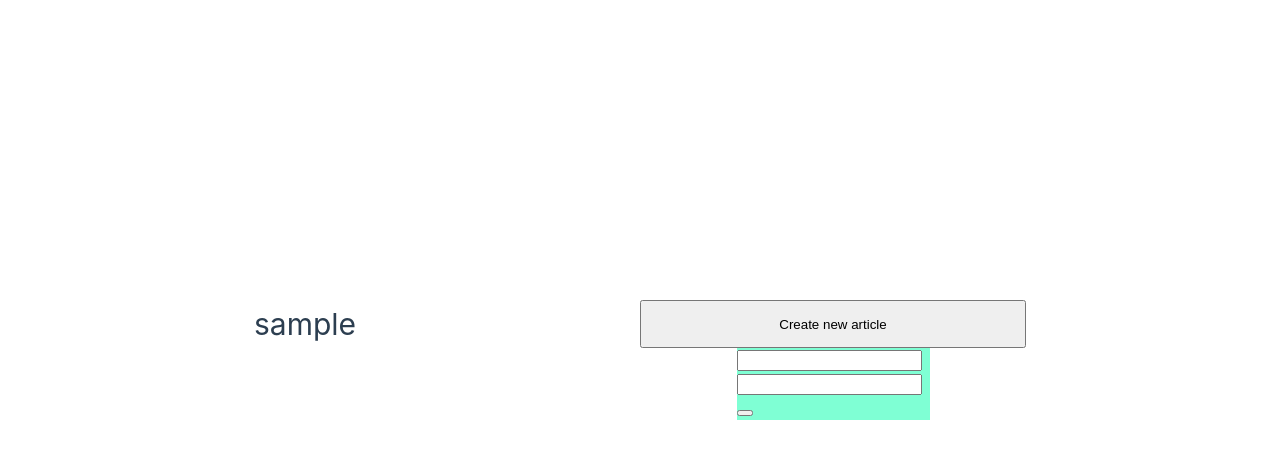
Repository: khentandaya/bulletinboard_crud
Page: /
The author's editor kept a copy of each file at every save. The page is drawn from the files as they stood at one save, then again after the next save.
The browser window is 1280 px wide. The pictures show the whole page.
The project was rebuilt for these pictures with package versions that can differ from the ones it lists, and the page was loaded fresh each time. Also part of the build but not shown: vite.config.js.

Above is the page before, as saved 2022-08-13 12:10:14.

### src/App.vue
<script setup>
import { reactive, ref } from "@vue/reactivity";

let toggle = ref(false);
let toggle_edit = ref(Boolean);

const article_arr = ref([]);
const title = ref("");
const content = ref("");

//post_info
const handleSubmit = () => {
  article_arr.value = [
    ...article_arr.value,
    {
      title: title.value,
      content: content.value,
      id: Math.floor(Math.random() * 100000),
      created_at: Date.now(),
    },
  ];

  title.value = "";
  content.value = "";

  console.log(article_arr.value);
};

//delete_info
const deleteArticle = (itemID) => {
  let i = article_arr.value.map((item) => item.id).indexOf(itemID);
  article_arr.value.splice(i, 1);
};

//edit_info
const editArticle = (itemID) => {
  toggle_edit = "true";
  let i = article_arr.value.map((item) => item.id).indexOf(itemID);

  console.log(article_arr.value[i]);
  console.log(i);
};

//update_info
const updateArticle = () => {};
</script>

<template>
  <h1>sample</h1>

  <button type="button" v-on:click="toggle = !toggle">Create new article</button>

  <div class="article" v-if="toggle">
    inside article
    <form @submit.prevent="handleSubmit()">
      <label for="title"> Article Title</label>
      <input aria-label="Article Title" type="text" v-model="title" />

      <label for="content"> Article content</label>
      <input aria-label="Article Content" type="text" v-model="content" />

      <button type="submit">submit</button>
    </form>
  </div>
  <div class="table">
    <table>
      <tr v-for="article in article_arr" :key="article.id">
        <td>Article:{{ article.title }} Content:{{ article.content }}</td>
        <td>
          <button type="button" @click="deleteArticle(article.id)">delete</button>
        </td>
        <td>
          <button type="button" @click="editArticle(article.id)">edit</button>
        </td>
      </tr>
    </table>
  </div>
  <div class="edit-container" v-if="toggle_edit">
    <input aria-label="Title" type="text" />
    <input aria-label="Content" type="text" />

    <button type="button" @click="updateArticle()"></button>
  </div>
</template>

<style scoped>
header {
  line-height: 1.5;
}

.logo {
  display: block;
  margin: 0 auto 2rem;
}

@media (min-width: 1024px) {
  header {
    display: flex;
    place-items: center;
    padding-right: calc(var(--section-gap) / 2);
  }

  .logo {
    margin: 0 2rem 0 0;
  }

  header .wrapper {
    display: flex;
    place-items: flex-start;
    flex-wrap: wrap;
  }
}
.article {
  background-color: aquamarine;
  width: 50%;
  margin: auto;
  color: black;
}

.edit-container {
  background-color: aquamarine;
  width: 50%;
  margin: auto;
  color: black;
}
</style>

Loaded but not shown: index.html (common file); src/main.js (common file); src/assets/main.css (common file); src/assets/base.css (common file)

After the next save:
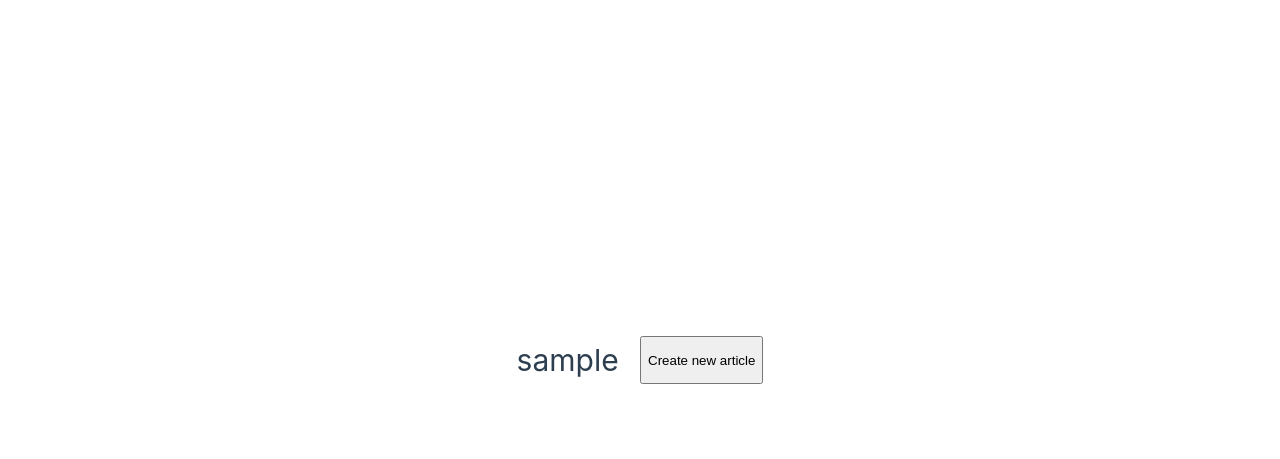
Saved 14 s later.
--- a/src/App.vue
+++ b/src/App.vue
@@ -2,7 +2,7 @@
 import { reactive, ref } from "@vue/reactivity";
 
 let toggle = ref(false);
-let toggle_edit = ref(Boolean);
+let toggle_edit = ref(false);
 
 const article_arr = ref([]);
 const title = ref("");
